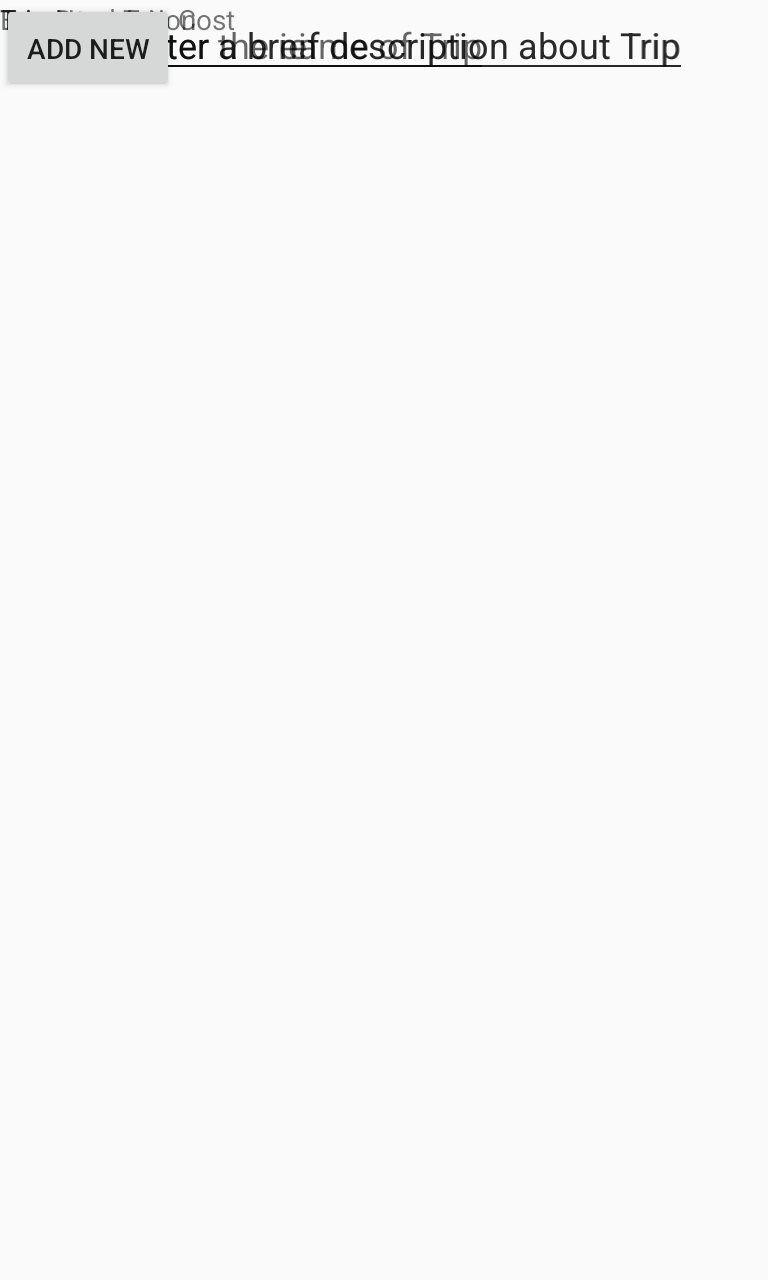
Repository: bandikishores/ShareMyTrip
Layout: ShareMyTrip/res/layout/activity_add_trip.xml
An editor plug-in stored every save of this project. The layout is shown before and after the next save, followed by the edit.
It is drawn on a 768 x 1280 px phone screen (xhdpi) without system bars, with theme AppTheme; the app's code is not run.

Above is the layout before, as saved 2014-12-25 13:39:55.

### ShareMyTrip/res/layout/activity_add_trip.xml
<RelativeLayout xmlns:android="http://schemas.android.com/apk/res/android"
    xmlns:tools="http://schemas.android.com/tools"
    android:layout_width="match_parent"
    android:layout_height="match_parent"
    tools:context="${relativePackage}.${activityClass}" >

    <!-- <TextView
        android:layout_width="wrap_content"
        android:layout_height="wrap_content"
        android:text="@string/Add a New Trip" /> -->

    <TextView
        android:layout_width="wrap_content"
        android:layout_height="wrap_content"
        android:text="@string/trip_name" />

    <EditText android:inputType="text"
        android:layout_width="wrap_content"
        android:layout_height="wrap_content"
        android:hint="@string/enter_trip_name"
        android:id="@+id/trip_name_entered"
        />

    <TextView
        android:layout_width="wrap_content"
        android:layout_height="wrap_content"
        android:text="@string/trip_desc" />

    <EditText android:inputType="text"
        android:layout_width="wrap_content"
        android:layout_height="wrap_content"
        android:hint="@string/enter_trip_desc"
        android:id="@+id/trip_desc_entered"
        />

    <TextView
        android:layout_width="wrap_content"
        android:layout_height="wrap_content"
        android:text="@string/est_trip_cost" />

    <EditText android:inputType="numberDecimal"
        android:layout_width="wrap_content"
        android:layout_height="wrap_content"
        android:hint="@string/enter_est_trip_cost"
        android:id="@+id/est_trip_cost_entered"
        />

     <Button
         android:id="@+id/add"
         android:layout_width="wrap_content"
         android:layout_height="wrap_content"
         android:text="Add New"
         android:onClick="onClick"/>


</RelativeLayout>

### ShareMyTrip/res/values/strings.xml
<?xml version="1.0" encoding="utf-8"?>
<resources>

    <string name="app_name">Share My Trip</string>
    <string name="title_section1">All Trips</string>
    <string name="title_section2">Section 2</string>
    <string name="title_section3">Section 3</string>
    <string name="navigation_drawer_open">Open navigation drawer</string>
    <string name="navigation_drawer_close">Close navigation drawer</string>
    <string name="action_example">Example action</string>
    <string name="action_settings">Settings</string>
    <string name="hello">hello</string>
    <string name="title_activity_trip">TripActivity</string>
    <string name="hello_world">Hello world!</string>
    <string name="title_activity_add_trip">Add a New Trip</string>
    <string name="trip_name">Trip Name</string>
    <string name="enter_trip_name">Please Enter the name of Trip</string>
    <string name="enter_trip_desc">Please Enter a brief description about Trip</string>
    <string name="trip_desc">Trip Description</string>
    <string name="est_trip_cost">Expected Trip Cost</string>
    <string name="enter_est_trip_cost">Please Enter a breif description about Trip</string>

</resources>

Loaded but not shown: ShareMyTrip/res/values/styles.xml (common file); ShareMyTrip/res/values-v11/styles.xml (common file); ShareMyTrip/res/values-v14/styles.xml (common file)

After the next save:
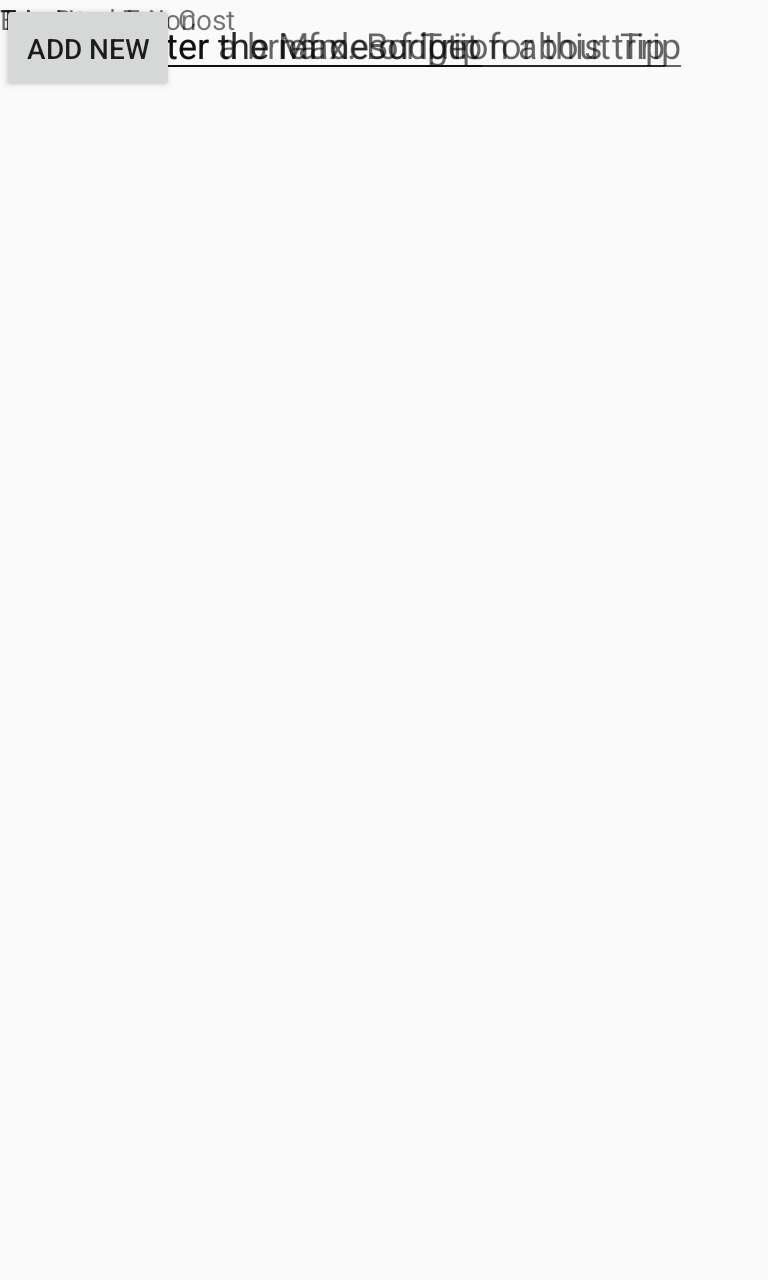
Saved 29 s later.
--- a/ShareMyTrip/res/values/strings.xml
+++ b/ShareMyTrip/res/values/strings.xml
@@ -18,6 +18,6 @@
     <string name="enter_trip_desc">Please Enter a brief description about Trip</string>
     <string name="trip_desc">Trip Description</string>
     <string name="est_trip_cost">Expected Trip Cost</string>
-    <string name="enter_est_trip_cost">Please Enter a breif description about Trip</string>
+    <string name="enter_est_trip_cost">Please Enter the Max. Budget for this trip</string>
 
 </resources>
